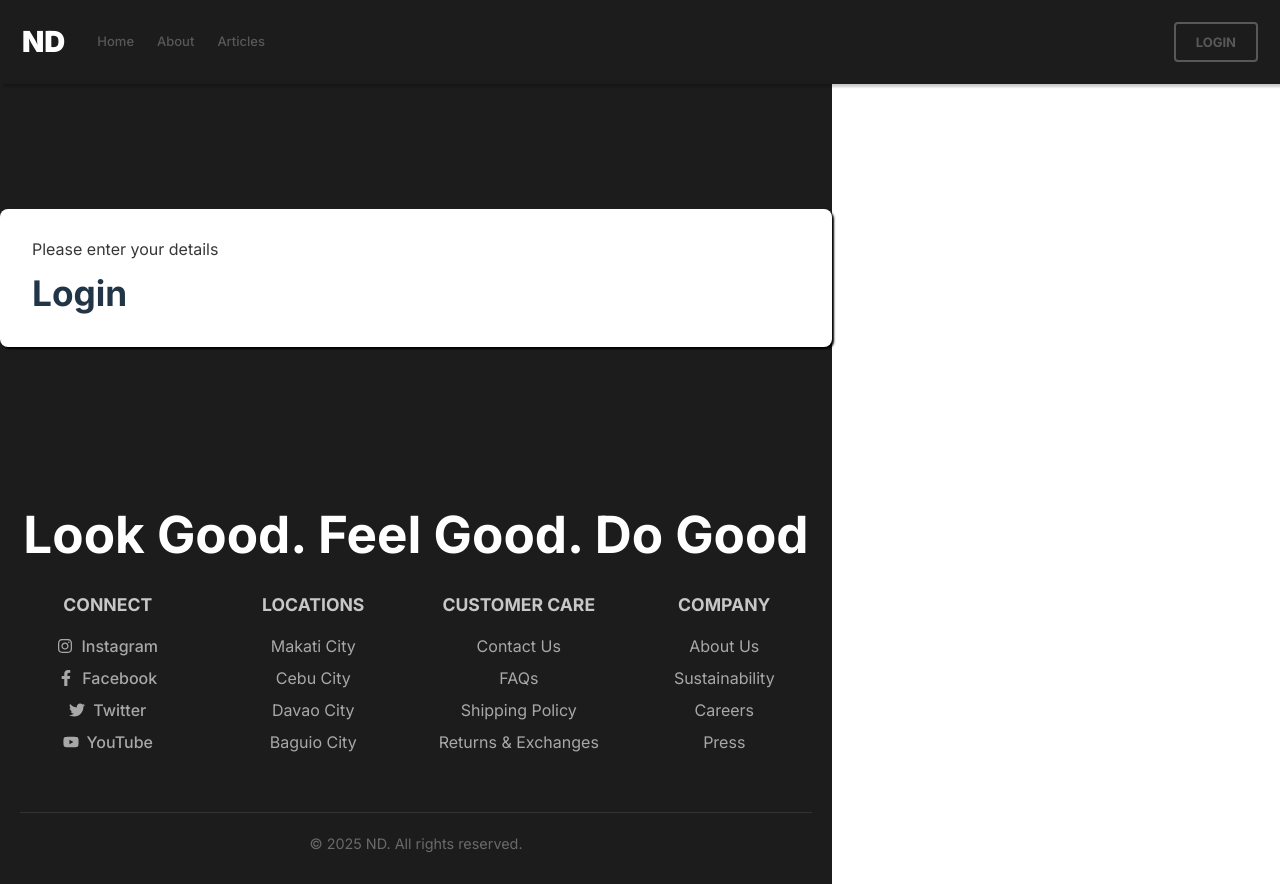
Repository: neomdavid/advancedwebprogramming
Page: /login
These files come from the project's save history. The page is drawn as it stood at one moment and after the next save; the edit follows.
The browser window is 1280 px wide. The pictures show the whole page.
The project was rebuilt for these pictures with package versions that can differ from the ones it lists, and the page was loaded fresh each time. Also part of the build but not shown: vite.config.js, src/styles/AboutPage.css, src/pages/AboutPAge.jsx, src/styles/ArticleList.css, src/article-content.js, src/components/ArticleList.jsx, src/pages/ArticleListPage.jsx, src/styles/ArticlePage.css and 6 more.

Above is the page before, as saved 2025-04-22 08:30:42.

After the next save:
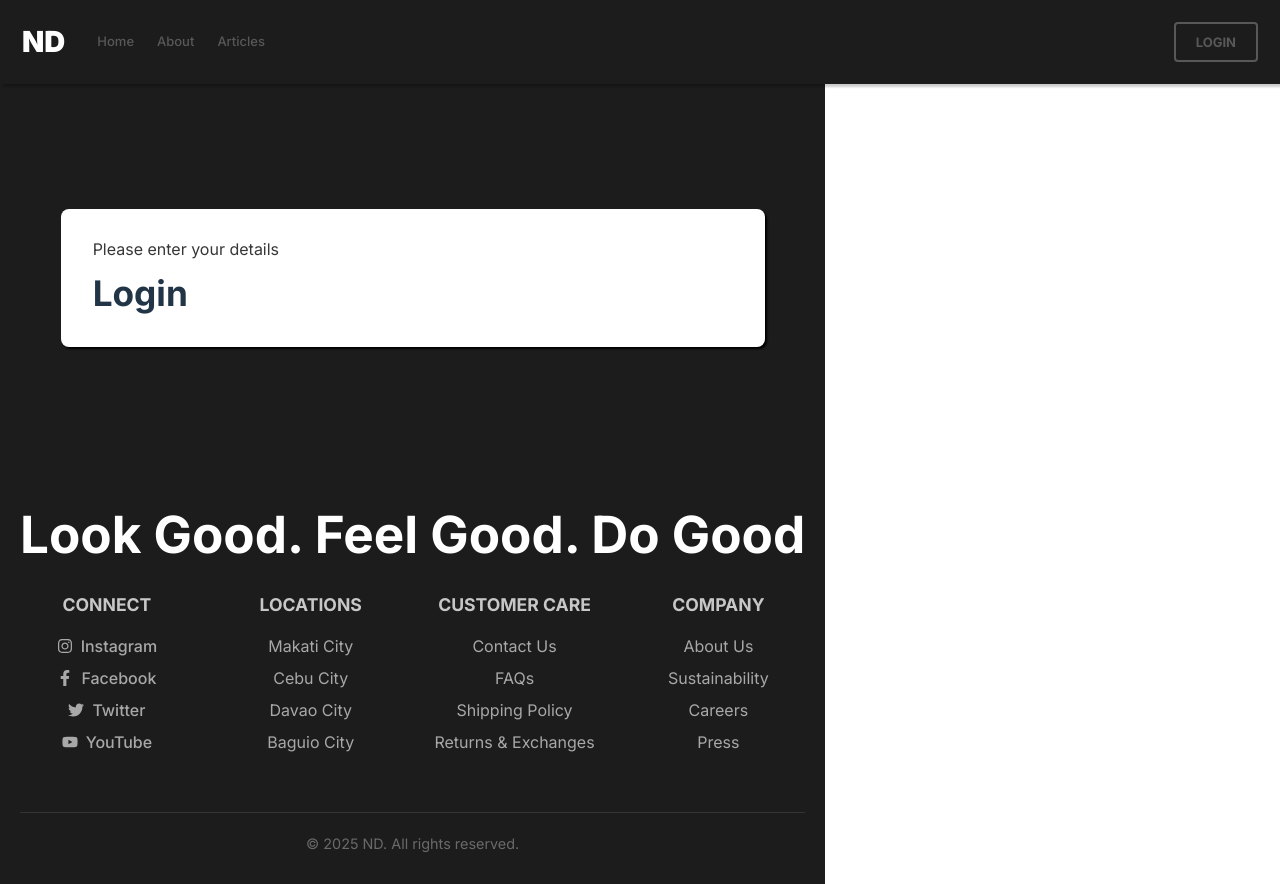
Saved 4 s later.
--- a/src/styles/LoginPage.css
+++ b/src/styles/LoginPage.css
@@ -13,7 +13,7 @@ main {
   border-radius: 8px;
   box-shadow: 2px 2px 2px rgba(0, 0, 0, 1);
   gap: 6px;
-  width: 60vw;
+  width: 50vw;
 }
 
 .card p {
